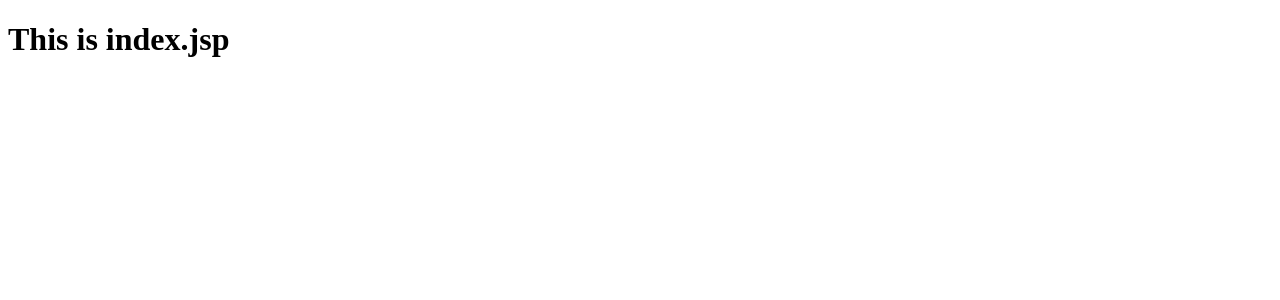
Repository: satyensingh/servlet-jsp-demos
Page: http://localhost/InterJSPCommunication/
The author's editor kept a copy of each file at every save. The page is drawn from the files as they stood at one save, then again after the next save.
The browser window is 1280 px wide. The pictures show the whole page.
The page is served by Tomcat 9.

Above is the page before, as saved 2018-01-28 15:32:13.

### Day11/InterJSPCommunication/WebContent/index.jsp
<%@ page language="java" contentType="text/html; charset=UTF-8"
    pageEncoding="UTF-8"%>
<!DOCTYPE html PUBLIC "-//W3C//DTD HTML 4.01 Transitional//EN" "http://www.w3.org/TR/html4/loose.dtd">
<html>
<head>
<meta http-equiv="Content-Type" content="text/html; charset=UTF-8">
<title>Insert title here</title>
</head>
<body>
<h1>This is index.jsp</h1>

</body>
</html>

### Day11/InterJSPCommunication/WebContent/NewFile.jsp
<%@ page language="java" contentType="text/html; charset=UTF-8"
    pageEncoding="UTF-8"%>
<!DOCTYPE html PUBLIC "-//W3C//DTD HTML 4.01 Transitional//EN" "http://www.w3.org/TR/html4/loose.dtd">
<html>
<head>
<meta http-equiv="Content-Type" content="text/html; charset=UTF-8">
<title>Insert title here</title>
</head>
<body>
<h1>This is NewFile.jsp</h1>

</body>
</html>

After the next save:
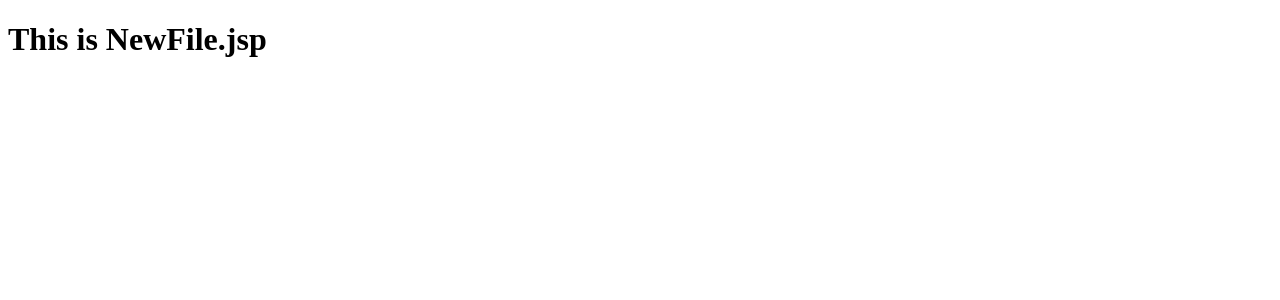
Saved 39 s later.
--- a/Day11/InterJSPCommunication/WebContent/index.jsp
+++ b/Day11/InterJSPCommunication/WebContent/index.jsp
@@ -8,6 +8,8 @@
 </head>
 <body>
 <h1>This is index.jsp</h1>
-
+<%
+	request.getRequestDispatcher("NewFile.jsp").forward(request, response);
+%>
 </body>
 </html>

After the 5 saves that followed:
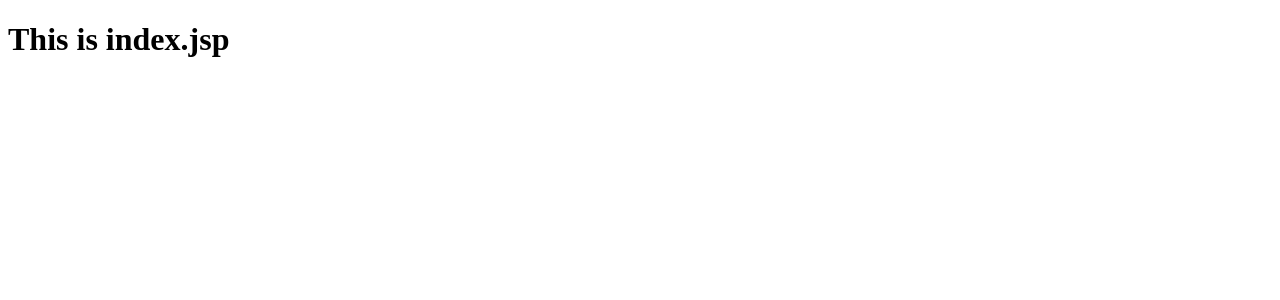
The 5 saves are shown as one change because 3 left the picture as it was and some came seconds apart.
The last was saved 2 min 8 s later.
--- a/Day11/InterJSPCommunication/WebContent/index.jsp
+++ b/Day11/InterJSPCommunication/WebContent/index.jsp
@@ -8,8 +8,9 @@
 </head>
 <body>
 <h1>This is index.jsp</h1>
-<%
-	request.getRequestDispatcher("NewFile.jsp").forward(request, response);
-%>
+
+<%-- <jsp:forward page="NewFile.jsp"></jsp:forward> --%>
+
+
 </body>
 </html>
